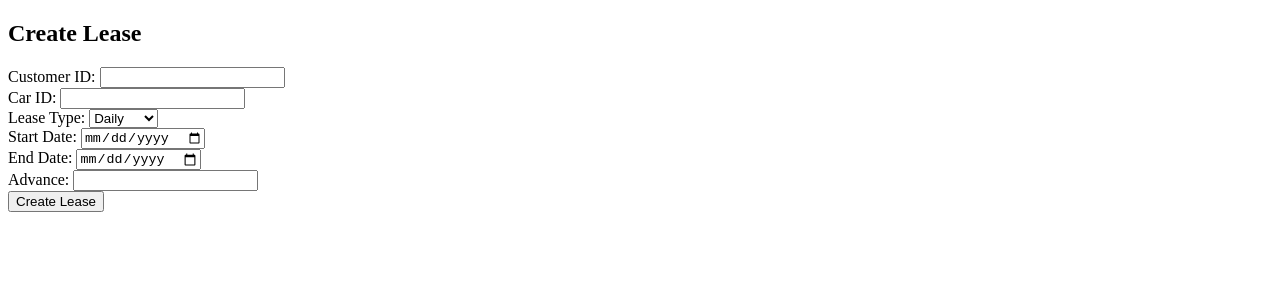
Repository: NirmalyaSatapathy/NirmalyaSatapathyProjects
Page: CarRental/CarRental/src/main/webapp/createLease.html
An editor plug-in stored every save of this project. The page is shown before and after the next save, followed by the edit.
The browser window is 1280 px wide. The pictures show the whole page.

Above is the page before, as saved 2025-05-05 11:58:27.

### CarRental/CarRental/src/main/webapp/createLease.html
<!DOCTYPE html>
<html>
<head>
<meta charset="UTF-8">
<title>Insert title here</title>
</head>
<body>
	<h2>Create Lease</h2>
    <form action="CreateLease" method="post">

        <label for="customerId">Customer ID:</label>
        <input type="number" id="customerId" name="customerId" required><br>

        <label for="carId">Car ID:</label>
        <input type="number" id="carId" name="carId" required><br>

        <label for="type">Lease Type:</label>
        <select id="type" name="type" required><br>
            <option value="daily">Daily</option>
            <option value="monthly">Monthly</option>
        </select><br>



        <label for="startDate">Start Date:</label>
        <input type="date" id="startDate" name="startDate" required><br>

        <label for="endDate">End Date:</label>
        <input type="date" id="endDate" name="endDate" required><br>
        Advance:
        <input type="number" name="advance" value="required"><br>
        <button type="submit">Create Lease</button>
    </form>
</body>
</html>

After the next save:
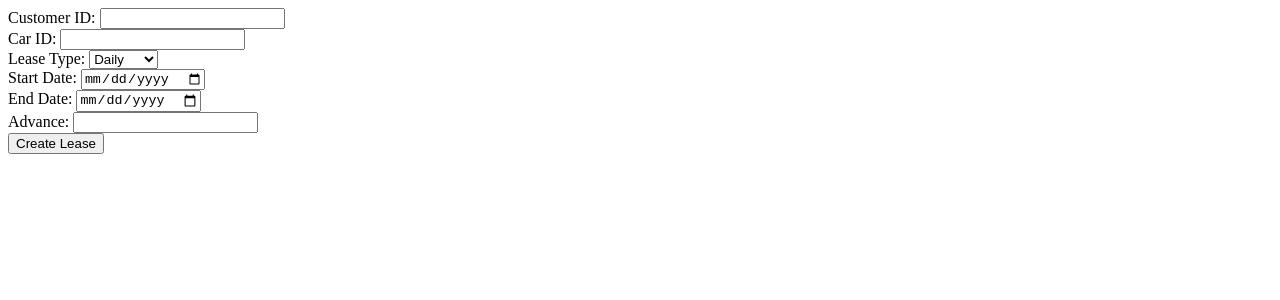
Saved 42 s later.
--- a/CarRental/CarRental/src/main/webapp/createLease.html
+++ b/CarRental/CarRental/src/main/webapp/createLease.html
@@ -1,35 +1,24 @@
-<!DOCTYPE html>
-<html>
-<head>
-<meta charset="UTF-8">
-<title>Insert title here</title>
-</head>
-<body>
-	<h2>Create Lease</h2>
-    <form action="CreateLease" method="post">
+<form action="CreateLease" method="post">
+    <label for="customerId">Customer ID:</label>
+    <input type="number" id="customerId" name="customerId" required><br>
 
-        <label for="customerId">Customer ID:</label>
-        <input type="number" id="customerId" name="customerId" required><br>
+    <label for="carId">Car ID:</label>
+    <input type="number" id="carId" name="carId" required><br>
 
-        <label for="carId">Car ID:</label>
-        <input type="number" id="carId" name="carId" required><br>
+    <label for="type">Lease Type:</label>
+    <select id="type" name="type" required>
+        <option value="daily">Daily</option>
+        <option value="monthly">Monthly</option>
+    </select><br>
 
-        <label for="type">Lease Type:</label>
-        <select id="type" name="type" required><br>
-            <option value="daily">Daily</option>
-            <option value="monthly">Monthly</option>
-        </select><br>
+    <label for="startDate">Start Date:</label>
+    <input type="date" id="startDate" name="startDate" required><br>
 
+    <label for="endDate">End Date:</label>
+    <input type="date" id="endDate" name="endDate" required><br>
 
+    <label for="advance">Advance:</label>
+    <input type="number" id="advance" name="advance" required><br>
 
-        <label for="startDate">Start Date:</label>
-        <input type="date" id="startDate" name="startDate" required><br>
-
-        <label for="endDate">End Date:</label>
-        <input type="date" id="endDate" name="endDate" required><br>
-        Advance:
-        <input type="number" name="advance" value="required"><br>
-        <button type="submit">Create Lease</button>
-    </form>
-</body>
-</html>
+    <button type="submit">Create Lease</button>
+</form>
